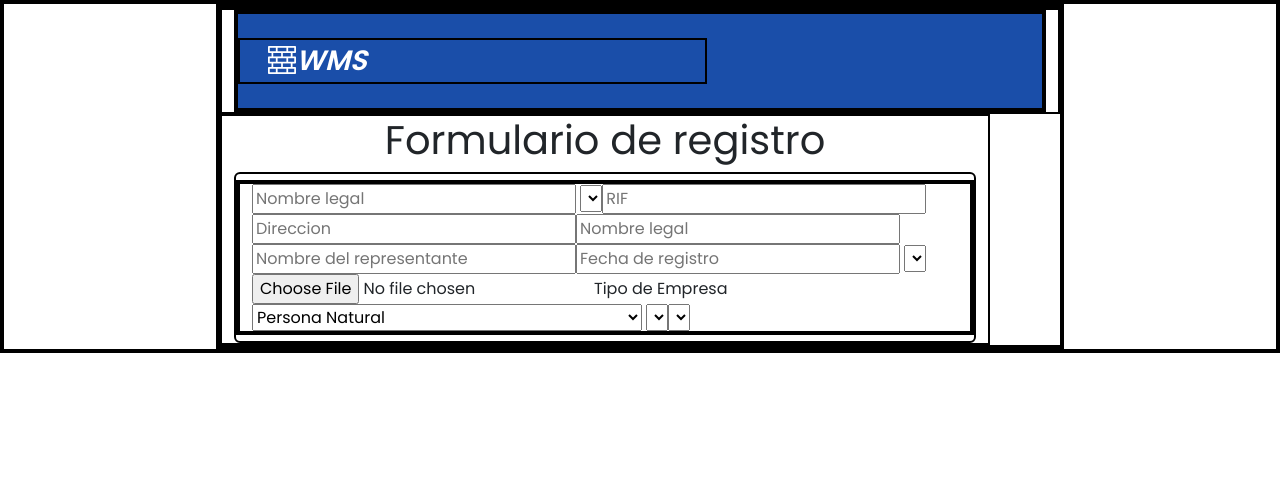
Repository: Rafa-x64/Gestion_inventario_practica
Page: http://localhost/Gestion_inventario/index.php?page=registro-empresa
The author's editor kept a copy of each file at every save. The page is drawn from the files as they stood at one save, then again after a run of saves.
The browser window is 1280 px wide. The pictures show the whole page.
The page is run by PHP 8.4 with error messages shown; the project is at /var/www/html/.

Above is the page before, as saved 2025-07-22 17:51:00.

After the next 3 saves:
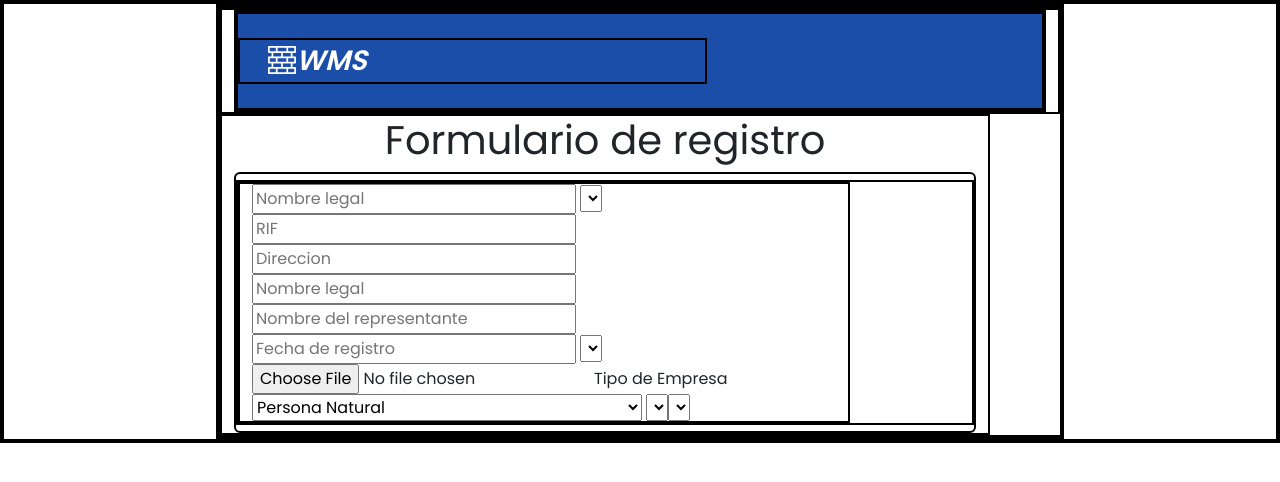
The 3 saves are shown as one change because they came seconds apart.
The last was saved 18 s later.
--- a/view/php/registro-empresa-view.php
+++ b/view/php/registro-empresa-view.php
@@ -28,7 +28,7 @@
                     <h1>Formulario de registro</h1>
                     <form action="" method="post" class="form-control d-flex flex-column align-items-center justify-content-center">
                         <div class="row">
-                            <div class="col">
+                            <div class="col-10">
                                 <input type="text" name="" id="nombre_legal" placeholder="Nombre legal">
                                 <select name="" id="">
                                     <option value=""></option>
